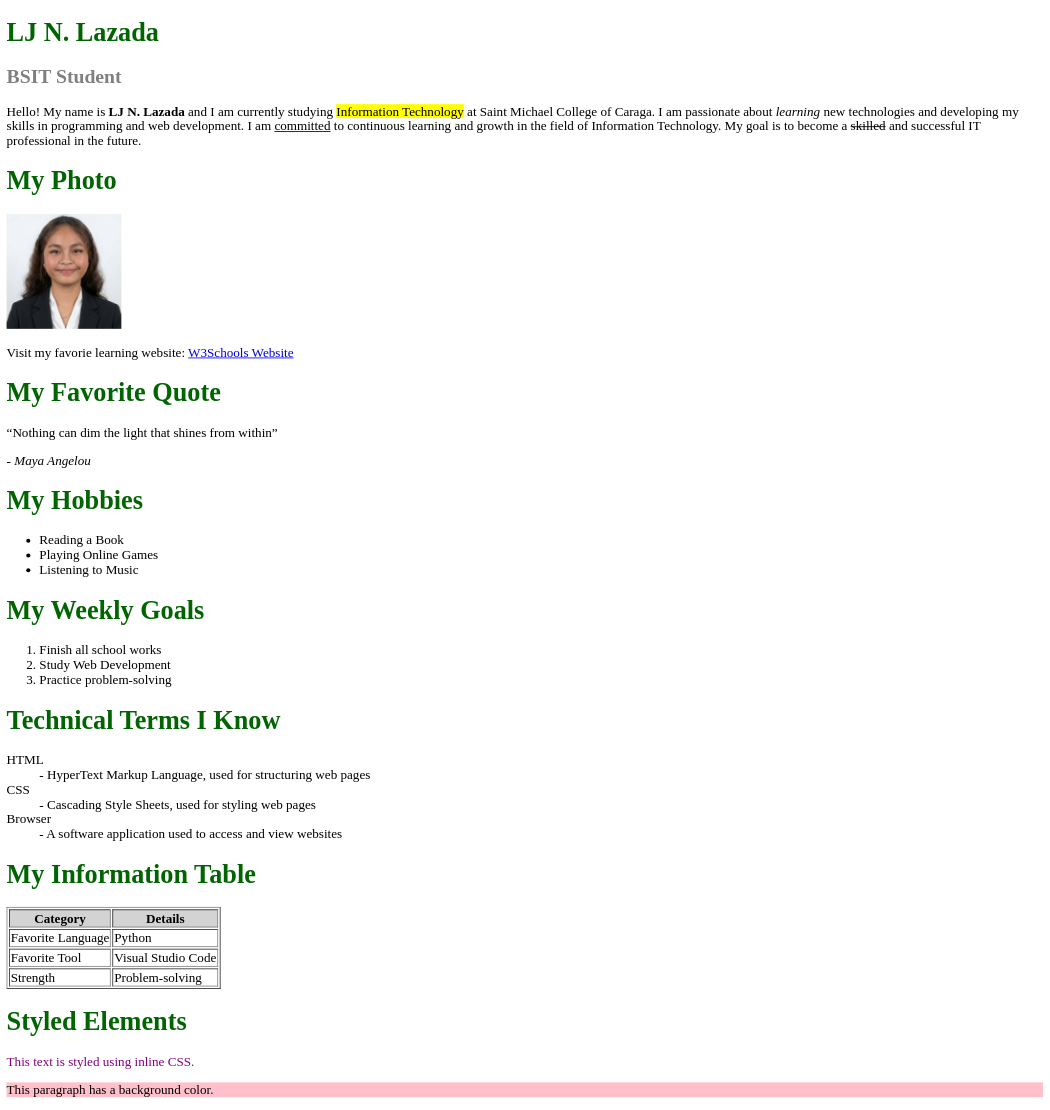
Repository: ljlazada11/myfirsthtml
Page: index.html
The author's editor kept a copy of each file at every save. The page is drawn from the files as they stood at one save, then again after the next save.
The browser window is 1280 px wide. The pictures show the whole page, at 82% of full size.

Above is the page before, as saved 2026-06-24 21:04:07.

After the next save:
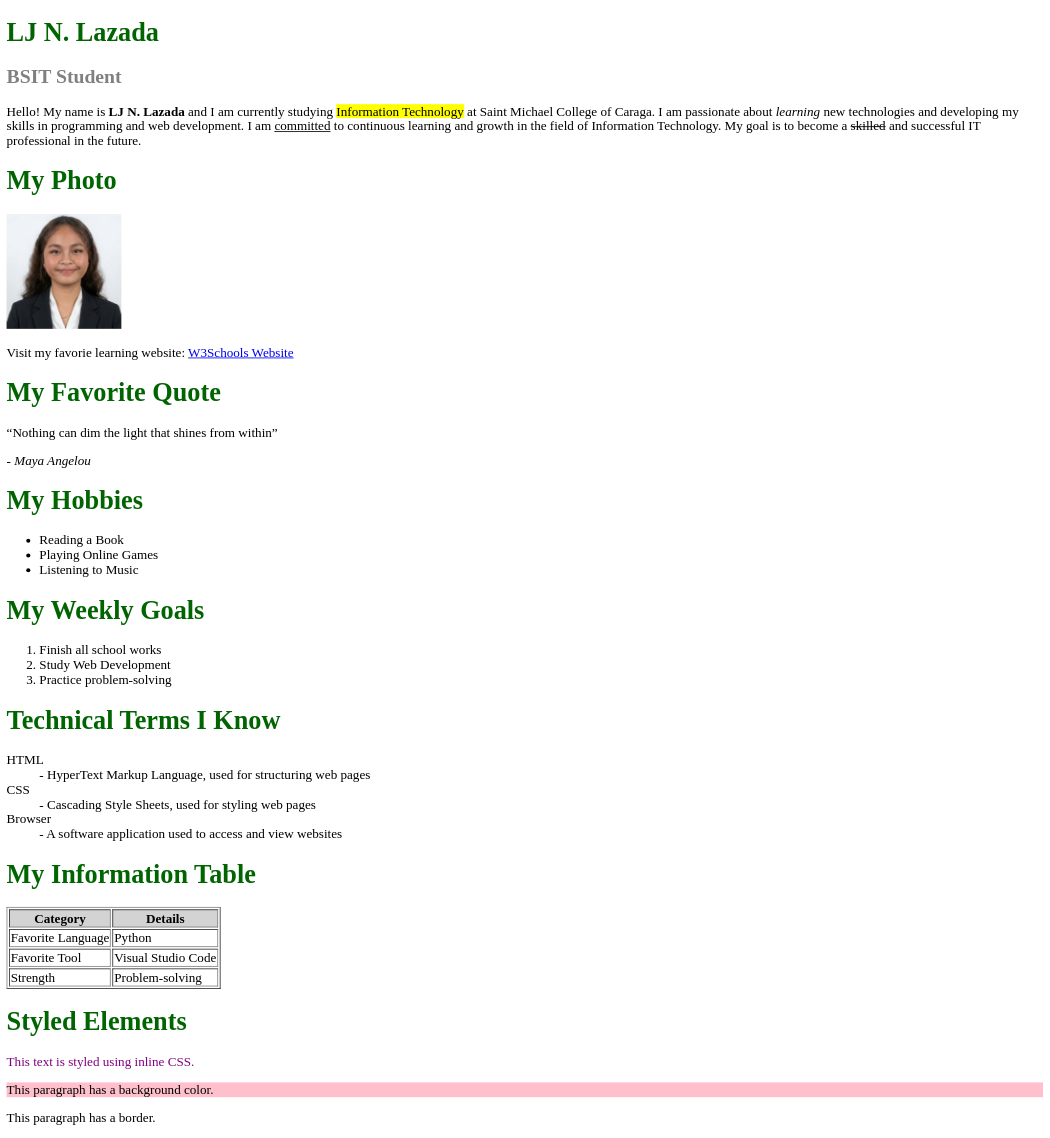
Saved 3 min 57 s later.
--- a/index.html
+++ b/index.html
@@ -68,7 +68,7 @@
     <h1 style="color:darkgreen">Styled Elements</h1>
     <p style="color:purple;">This text is styled using inline CSS.</p>
     <p style="background-color:pink;">This paragraph has a background color.</p>
-
+    <p border: 2px solid powderblue;>This paragraph has a border.</p>
 </body>
 
 
